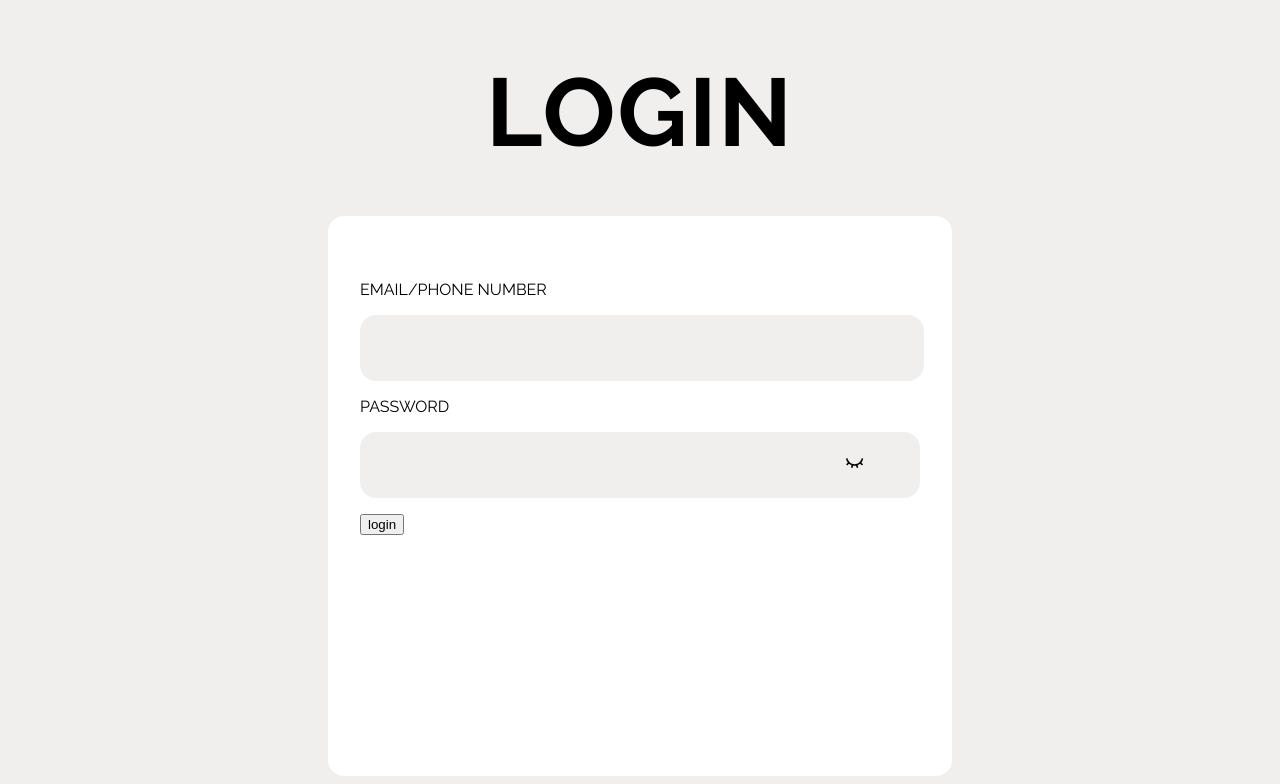
Repository: rehamtaher10/thirdReactTask
Page: /
An editor plug-in stored every save of this project. The page is shown before and after the next save, followed by the edit.
The browser window is 1280 px wide. The pictures show the whole page.
The project was rebuilt for these pictures with package versions that can differ from the ones it lists, and the page was loaded fresh each time. Also part of the build but not shown: vite.config.js, src/components/HomePage/Home.jsx, src/style/navBar.css, src/components/Navbar.jsx, src/components/Layout/Layout.jsx, src/components/AboutPage/About.jsx, src/style/contactUs.css, src/components/ContactUsPage/ContactUs.jsx and 2 more.

Above is the page before, as saved 2024-12-02 00:45:35.

### src/App.jsx
import React from "react";
import Home from "./components/HomePage/Home";
import { createBrowserRouter, RouterProvider } from "react-router-dom";
import Layout from "./components/Layout/Layout";
import About from "./components/AboutPage/About";
import ContactUs from "./components/ContactUsPage/ContactUs";
import Service from "./components/ServicePage/Service";
import LoginPage from "./components/loginPage/LoginPage"

export default function App() {
  const Routing = createBrowserRouter([
    { path: "", element: <LoginPage /> },
    {
      path: "home",
      element: <Layout />,
      // errorElement: <h1>404 Not Found</h1>,
      children: [
        { path: "", element: <Home /> },
        { path: "about", element: <About /> },
        { path: "service", element: <Service /> },
        {
          path: "contact",
          element: <ContactUs />,
          children: [
            { index: true, element: <h1>Contact us Form</h1> },
            { path: "location", element: <h1>Contact us Location</h1> },
            { path: "emails", element: <h1>Contact us Emails</h1> },
            { path: "phone-number", element: <h1>Phone Number</h1> },
          ],
        },
        { path: "*", element: <section>Not Found Page</section> },
      ],
    },
  ]);
  return <RouterProvider router={Routing} />;
}

### src/components/loginPage/LoginPage.jsx
import { Form, Formik } from "formik";
import React from "react";
import { useNavigate } from "react-router-dom";
import * as Yup from "yup";
import WrapperInput from "../wrapperInput/WrapperInput";
import "../../style/loginPage.css";
export default function LoginPage() {
  const navigate = useNavigate();

  const validationSchema = Yup.object({
    email: Yup.string()
      .email("Must Be Like E-mail Format")
      .required("E-mail is Requird"),
    password: Yup.string().min(7).max(15).required("Password is Requird"),
  });
  const initialValues = {
    email: "",
    password: "",
  };
  const onSubmit = (values) => {
    console.log(values);
    navigate("/home");
  };

  return (
    <div className="loginComponent">
      <h1>Login</h1>
      <Formik
        initialValues={initialValues}
        onSubmit={onSubmit}
        validationSchema={validationSchema}
      >
        <Form>

          <WrapperInput name={"email"} label="Email/PHONE NUMBER" isDefault />
          <WrapperInput name={"password"}  label="PASSWORD" isPassword />
          <button type="submit">login</button>
        </Form>
      </Formik>
    </div>
  );
}

### src/components/wrapperInput/WrapperInput.jsx
import { ErrorMessage, Field } from "formik";
import React from "react";
import ErrorMessageField from "./ErrorMessageField";
import { RiEyeLine, RiEyeCloseLine } from "react-icons/ri";
import { useState } from "react";

export default function WrapperInput({
  name,
  placeholder,
  isDefault,
  isPassword,
  label,
}) {
  const [showPassword, setShowPassword] = useState(false);

  const togglePasswordVisibility = () => {
    setShowPassword((prev) => !prev);
  };
  return (
    <div className="wrapper_input">
      {label && <label htmlFor={name}>{label}</label>}
      <br />
      {isDefault && <Field name={name} placeholder={placeholder} />}
      {isPassword && (
        <div className="password-wrapper">
          <Field id={name} name={name}>
            {({ field }) => (
              <input
                type={showPassword ? "text" : "password"}
                {...field}
                placeholder={placeholder}
                autoComplete="off" /* Disables browser icon */
                className="custom-password-input"
              />
            )}
          </Field>
          <button
            type="button"
            onClick={togglePasswordVisibility}
            className="toggle-password-btn"
            aria-label="Toggle password visibility"
          >
            {showPassword ? <RiEyeLine /> : <RiEyeCloseLine />}
          </button>
        </div>
      )}
      <ErrorMessage name={name} component={ErrorMessageField} />
    </div>
  );
}

// React Basics (Folder Structure - Components - Props - State)
// Style (External - Sass + Bem - Bootrstrap  - MUI)
// Hooks (UseState - UseEffect - UseContext - UseRef)
// Routes (React Router Dom)
// Formik + Yup
// State Management (React Query + Redux)

### src/style/loginPage.css
@import url('https://fonts.googleapis.com/css2?family=Raleway:ital,wght@0,100..900;1,100..900&display=swap');

body {
  background-color: rgb(241, 238, 238);
}
.loginComponent {
  display: flex;
  flex-direction: column;
  justify-content: center;
  align-items: center;
}
.loginComponent h1 {
  font-family: "Raleway", sans-serif;
  font-size: 6rem;
  text-transform: uppercase;
  letter-spacing: 2px;
  margin-block: 3rem;
}
.loginComponent form{
    font-family: "Raleway", sans-serif;
    text-transform: uppercase;
    background-color: white;
    width: 35rem;
    height: 27rem;
    border-radius: 1rem;
    padding-inline: 2rem;
    padding-block: 4rem;
}
.loginComponent form input{
    width: 100%;
    height: 4rem;
    background-color: rgb(241, 238, 238);
    border: none;
    border-radius: 1rem;
    margin-block: 1rem;
}
.error {
    color: #ba1420;
  }
  .password-wrapper {
    position: relative;
    display: flex;
    align-items: center;
  }

  .toggle-password-btn {
    position: absolute;
    right: 50px;
    background: none;
    border: none;
    cursor: pointer;
    font-size: 1.2rem;
  }
  .custom-password-input::-ms-reveal,
  .custom-password-input::-ms-clear {
    display: none;
  }

  .custom-password-input::-webkit-inner-spin-button,
  .custom-password-input::-webkit-outer-spin-button,
  .custom-password-input::-webkit-textfield-decoration-container {
    display: none;
  }

  .custom-password-input {
    -webkit-text-security: none; /* Removes browser styling */
  }

Loaded but not shown: index.html (common file); src/main.jsx (common file)

After the next save:
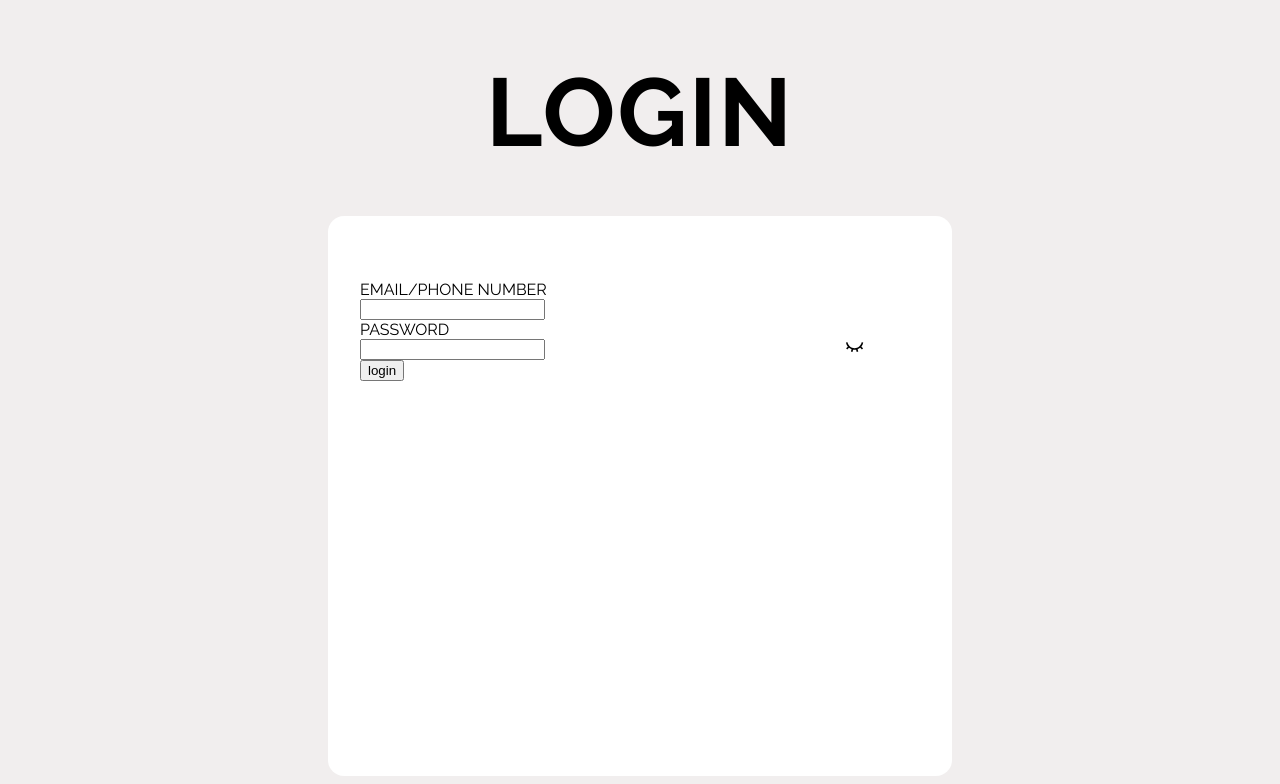
Saved 57 s later.
--- a/src/style/loginPage.css
+++ b/src/style/loginPage.css
@@ -26,6 +26,7 @@
     padding-inline: 2rem;
     padding-block: 4rem;
 }
+label
 .loginComponent form input{
     width: 100%;
     height: 4rem;

After the 2 saves that followed:
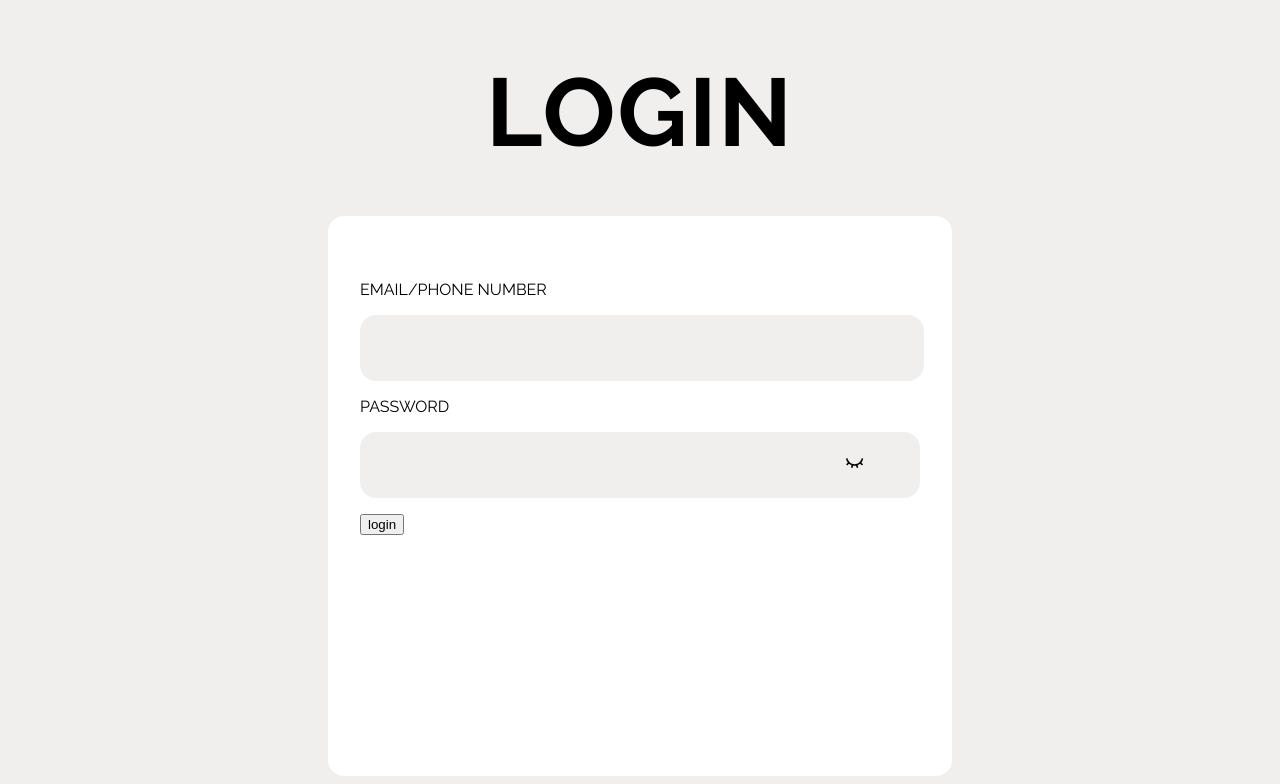
The 2 saves are shown as one change because 1 left the picture as it was.
The last was saved 10 s later.
--- a/src/style/loginPage.css
+++ b/src/style/loginPage.css
@@ -26,7 +26,9 @@
     padding-inline: 2rem;
     padding-block: 4rem;
 }
-label
+.loginComponent form label{
+
+}
 .loginComponent form input{
     width: 100%;
     height: 4rem;
